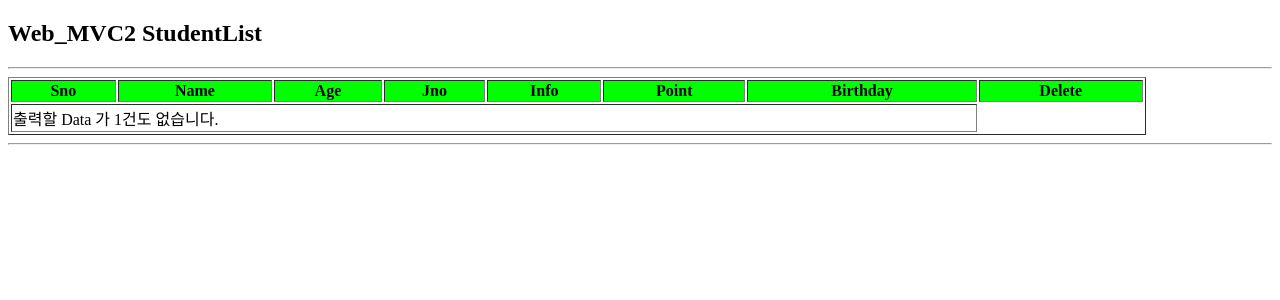
Repository: nameground/Java
Page: http://localhost/Web01/jsp99_mvcTest/mvc2_sList.jsp
An editor plug-in stored every save of this project. The page is shown before and after the next save, followed by the edit.
The browser window is 1280 px wide. The pictures show the whole page.
The page is served by Tomcat 9. Nobody is signed in. The application's start-up code is not run. The template is opened directly, without the code that normally fills it, so the values that code supplies are empty.

Above is the page before, as saved 2023-10-16 06:52:11.

After the next save:
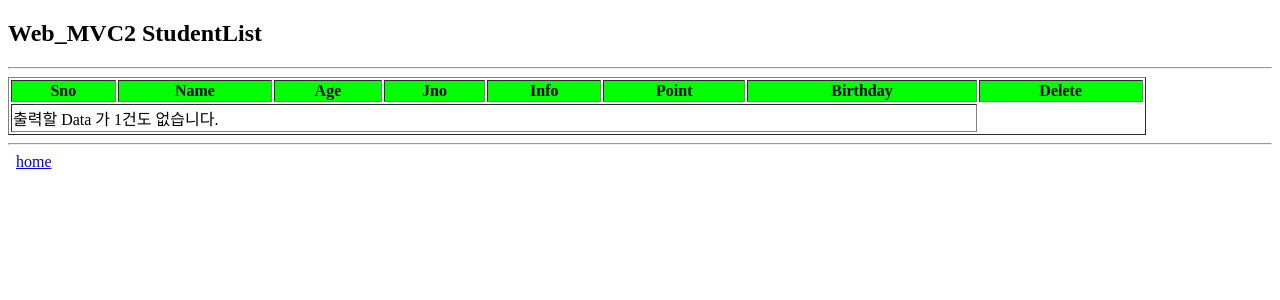
Saved 61 s later.
--- a/mTest/Mywork/Web01/src/main/webapp/jsp99_mvcTest/mvc2_sList.jsp
+++ b/mTest/Mywork/Web01/src/main/webapp/jsp99_mvcTest/mvc2_sList.jsp
@@ -48,6 +48,6 @@
 	</c:if>
 </table>
 <hr>
-
+&nbsp; <a href="/Web01/index.jsp">home</a> <br>
 </body>
 </html>
